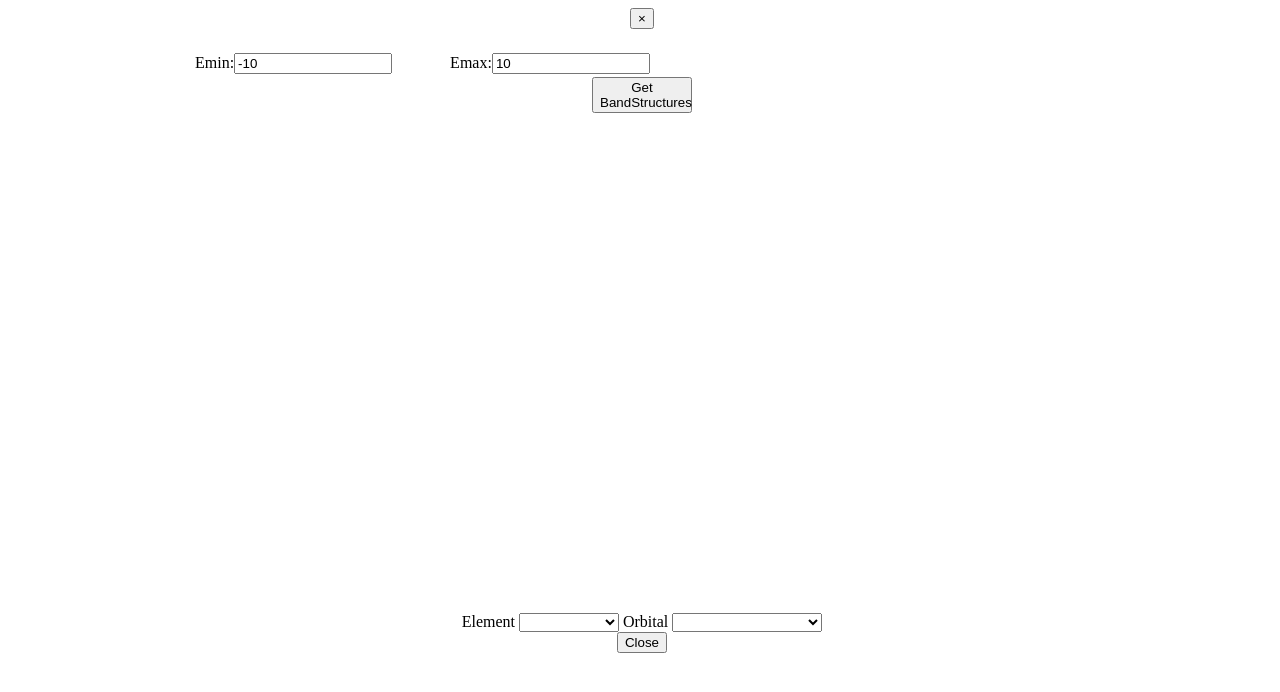
Repository: atowfiq/FESD_website-scripts
Page: http://localhost/fesdweb/BandstructureChart.jsp
These files come from the project's save history. The page is drawn as it stood at one moment and after the next save; the edit follows.
The browser window is 1280 px wide. The pictures show the whole page.
The page is served by Tomcat 9. Other server files are loaded and not shown.

Above is the page before, as saved 2017-07-28 00:55:10.

### fesdweb/WebContent/BandstructureChart.jsp
<%@ page language="java" contentType="text/html; charset=ISO-8859-1"
    pageEncoding="ISO-8859-1"%>
<!DOCTYPE html PUBLIC "-//W3C//DTD HTML 4.01 Transitional//EN" "http://www.w3.org/TR/html4/loose.dtd">
<html>
<head>
<meta http-equiv="Content-Type" content="text/html; charset=ISO-8859-1">
<title>Bandstructure</title>

<style type="text/css">
.main{
margin-top:-40px;
}


.modal .modal-body {
    max-height: 800px;
    overflow-y: auto;
}
.modal {
  text-align: center;
}

@media screen and (min-width: 768px) {
  .modal:before {
    content: " ";
    display: inline-block;
    height: 100%;
    vertical-align: middle;
  }
}

.modal-dialog {
  display: inline-block;
  text-align: center;
  vertical-align: middle;
}

</style>

    <script type="text/javascript">

      function drawChart(bands) {
    	//  $("#Bands").append($("<option></option>").val('All').html('All'));
     	  $.each(bands, function (key, value) {

 	         $("#BandsFrom").append($("<option></option>").val(value.Index).html(value.Index));
 	        $("#BandsTo").append($("<option></option>").val(value.Index).html(value.Index));

     	  });

     	 drawBandChart(bands);

          }

      	  function drawBandChart(bands)
      	  {


      	  BandChart = document.getElementById('BandChart');
      	  Plotly.purge(BandChart);

      	  var data =[];
      	  var dx=[];
    	  for(var i=0;i<bands[0].Energy.split(", ").length;i++)
    	         	  dx.push(i);
      	  for(var l=0;l<bands.length;l++)
      		{

      		  data.push({x:dx,y:bands[l].Energy.split(", ")});
      		}
      	  /* [{
      	      x: [1, 2, 3, 4, 5],
      	      y: [1, 2, 4, 8, 16],
      	  	},{
      	      x: [1, 2, 3, 4, 5],
      	      y: [2, 4, 6, 8, 16],
      	  	}]*/

      	 var layout = {
       			  title: 'Bandstructure' + Compound.Formula,

       			  yaxis: {
       			    range: [-10, 10],
       			    autorange: false
       			  },

       			};
      	  Plotly.plot( BandChart,data, layout );
      	  }

      	  function drawChartSingleBand(index,bands,orbitalValue)
      	  {



      		 BandChart = document.getElementById('BandChart');
      		 Plotly.purge(BandChart);

      		 var data =[];
         	  var dx=[];
         	  for(var i=0;i<bands[index].Energy.split(", ").length;i++)
         		  dx.push(i);

         	var weight= orbitalValue.split(", ");


         	// data.push({x:dx,y:bands[index].Energy.split(", ")});
         	  data.push({x:dx,
         			  y:bands[index].Energy.split(", "),
         			  type: 'scatter',                    // set the chart type
        		      mode: 'lines',
        		      line: {                             // set the width of the line.
        		         width: 1
        		      },

        		      error_y: {
        		        array: weight.map(function(x) { return x ; }),
        		        thickness: 0.5,                   // set the thickness of the error bars
        		        width: 0
        		      }


         		  });



         	  Plotly.plot( BandChart,data, {
         	      margin: { t: 0 } } );



      	  }

      	function GetBandstructures()
      	{
      		var bandsFrom=$("#BandsFrom").val(),bandsTo =$("#BandsTo").val();
      		if(bandsFrom>bandsTo)
      		{
      			alert("Bands from should be less than bands to.");
      			return;
      		}
      		$.get('BandStructureServlet', {
      			from: bandsFrom,
      			to: bandsTo,
      			id:Compound.Id
      			 }, function(data) {
      				 $("#CompoundElements").html('');
      				    $("#CompoundElements").append($("<option></option>").val("None").html("None"));
      			  	     $.each(data, function (key, value) {

      			  	         $("#CompoundElements").append($("<option></option>").val(JSON.stringify({Header: value.Header,PartialEnergy:value.PartialEnergy})).html(value.Element+" "+value.ElementIndex));
      			  	       });



      		});



      	}


    </script>

</head>
<body>
<div  id="Viewer"  class="modal fade bs-example-modal-lg" tabindex="-1" role="dialog" aria-labelledby="myLargeModalLabel" style="width:100%">
    <div class="modal-dialog modal-lg">

      <!-- Modal content-->


      <div class="modal-content">
        <div class="modal-header">
          <button type="button" class="close" data-dismiss="modal">&times;</button>
          <h4 class="modal-title" id="CompoundFormulaName"></h4>

        </div>
        <div class="modal-body">
    <div>
    <table>
    <tr>
    <td>
<label>Emin:</label><input id="EminBC" style="width:150px;"  class="form-control"  value="-10">
</td>
<td style="width: 50px;">
</td>

<td>
<label>Emax:</label><input id="EmaxBC" style="width:150px;"  class="form-control"  value="10">
</td>

	</tr>
	</table>
	</div>
	<button style="width:100px;" class="btn btn-secondary" onclick="GetBandstructures()">Get BandStructures</button>

   <div id="BandChart" style="width: 900px; height: 500px"></div>


 <label  class="control-label ">Element </label> <select style="width: 100px; "  id="CompoundElements">

		</select>
		<label  class="control-label ">Orbital</label> <select style="width: 150px; "  id="Orbitals">

		</select>
<div id="ViewerContent"  style="display: none;"> <img src="" id="imagepreview" style="padding: 5px; width: 800px; height: 600px;" ></div>
        </div>
        <div class="modal-footer">
          <button type="button" class="btn btn-default" data-dismiss="modal">Close</button>
        </div>
      </div>

    </div>
  </div>


</body>
</html>

After the next save:
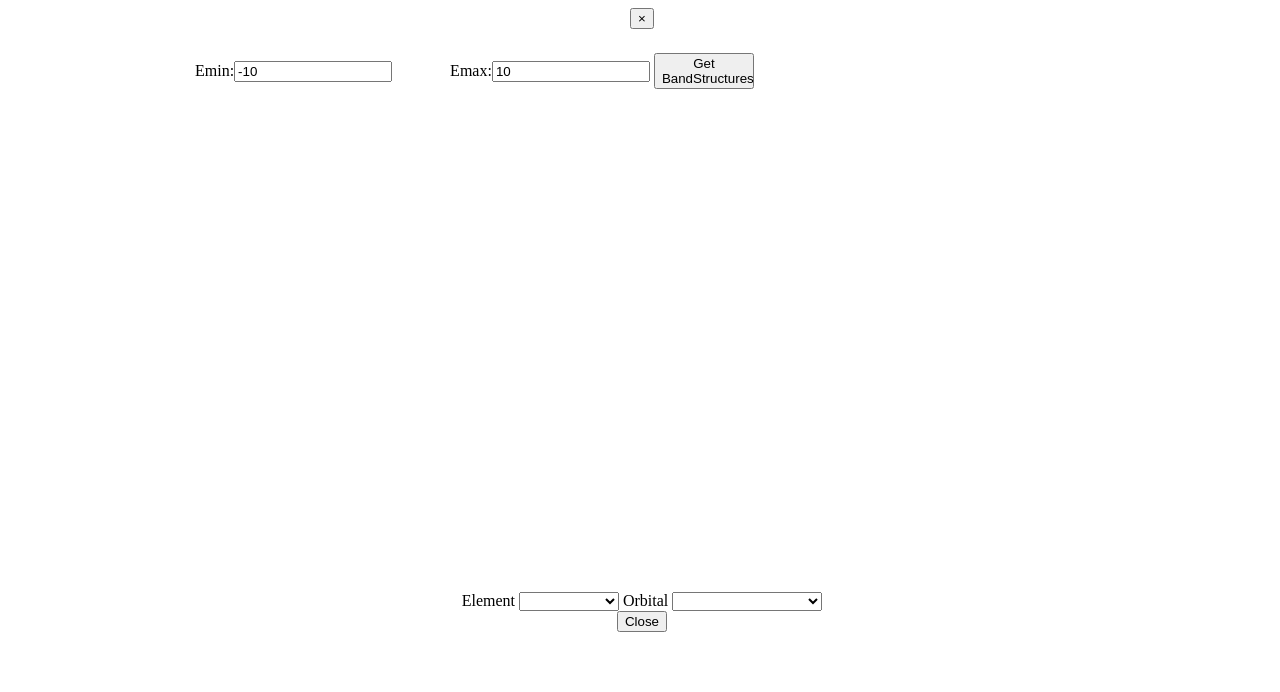
Saved 25 s later.
--- a/fesdweb/WebContent/BandstructureChart.jsp
+++ b/fesdweb/WebContent/BandstructureChart.jsp
@@ -189,11 +189,13 @@ margin-top:-40px;
 <td>
 <label>Emax:</label><input id="EmaxBC" style="width:150px;"  class="form-control"  value="10">
 </td>
-
+<td>
+<button style="width:100px;" class="btn btn-secondary" onclick="GetBandstructures()">Get BandStructures</button>
+
+</td>
 	</tr>
 	</table>
 	</div>
-	<button style="width:100px;" class="btn btn-secondary" onclick="GetBandstructures()">Get BandStructures</button>
 
    <div id="BandChart" style="width: 900px; height: 500px"></div>
 
